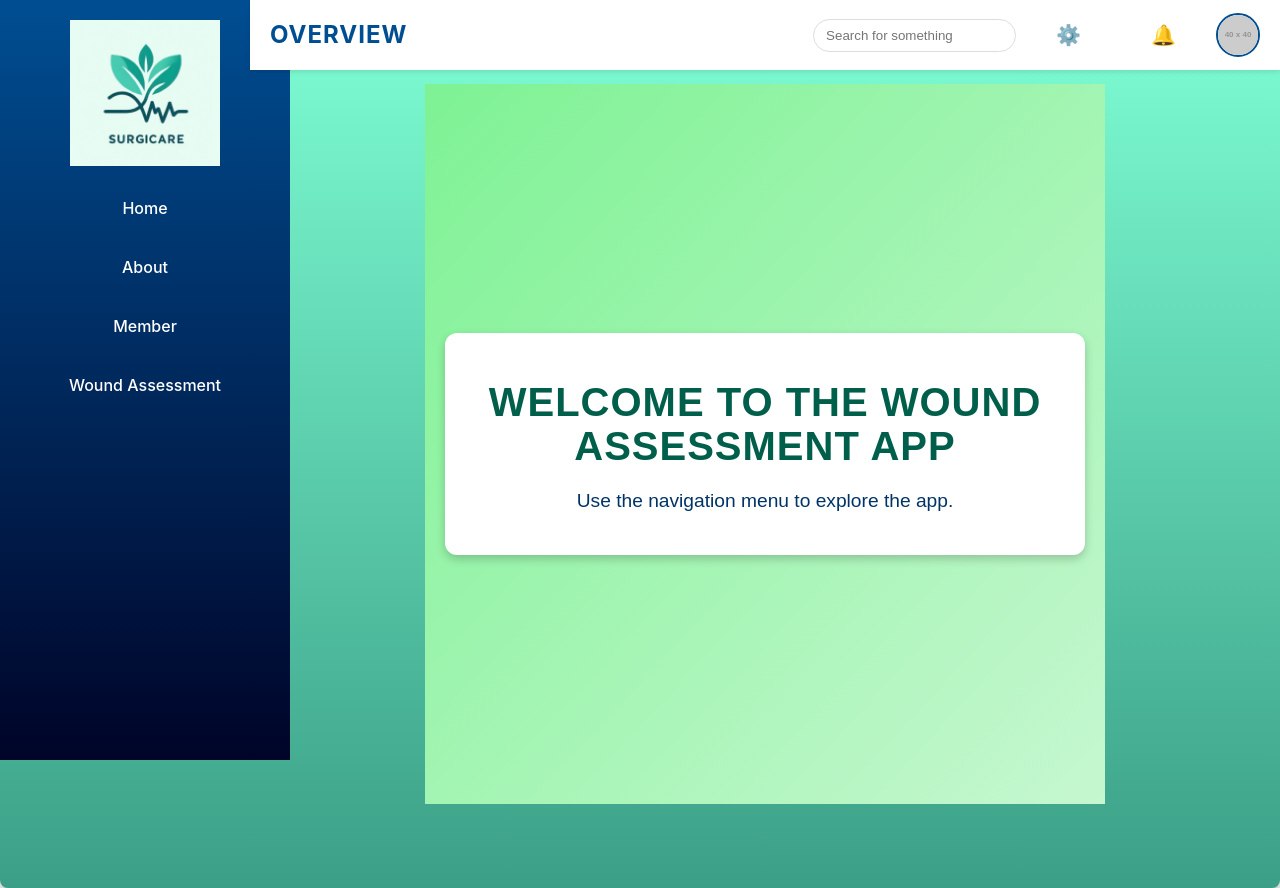
Repository: Jinwoo290350/Surgicare-Vue
Page: / (app in surgicare/)
These files come from the project's save history. The page is drawn as it stood at one moment and after the next save; the edit follows.
The browser window is 1280 px wide. The pictures show the whole page.
The project was rebuilt for these pictures with package versions that can differ from the ones it lists, and the page was loaded fresh each time. Also part of the build but not shown: surgicare/vite.config.js, surgicare/src/views/About.vue, surgicare/src/views/Member.vue, surgicare/src/components/WoundAssessment.vue.

Above is the page before, as saved 2024-12-30 15:13:44.
Console error: TypeError: Cannot read properties of null (reading 'getContext')

### surgicare/index.html
<!doctype html>
<html lang="en">
  <head>
    <meta charset="UTF-8" />
    <link rel="icon" type="image/svg+xml" href="/vite.svg" />
    <meta name="viewport" content="width=device-width, initial-scale=1.0" />
    <title>Vite + Vue</title>
  </head>
  <body>
    <div id="app"></div>
    <script type="module" src="/src/main.js"></script>
  </script>
  <link href="https://fonts.googleapis.com/css2?family=Roboto:wght@400;500;700&display=swap" rel="stylesheet">

  <script type="text/javascript" src="./src/star.js"></script>
  </body>
</html>

### surgicare/src/main.js
import { createApp } from 'vue'
import './style.css'
import App from './App.vue'
import router from "./router";

createApp(App).use(router).mount("#app");

### surgicare/src/style.css
:root {
  font-family: Inter, system-ui, Avenir, Helvetica, Arial, sans-serif;
  line-height: 1.5;
  font-weight: 400;
  color-scheme: light dark;
  color: rgba(255, 255, 255, 0.87);
  background-color: #242424;
  font-synthesis: none;
  text-rendering: optimizeLegibility;
  -webkit-font-smoothing: antialiased;
  -moz-osx-font-smoothing: grayscale;
}

a {
  font-weight: 500;
  text-decoration: none;
  transition: color 0.3s ease-in-out;
}
a:hover {
  color: #535bf2; /* Blue hover effect */
}

body {
  margin: 0;
  display: flex;
  flex-direction: column;
  align-items: center;
  justify-content: center;
  min-width: 320px;
  min-height: 100vh;
  padding: 20px;
  background-color: #1f2d29;
  background-image: linear-gradient(to top, #3b9f87, #7fffd4);
  background-repeat: no-repeat;
  border-radius: 8px;
  box-shadow: 0 6px 12px rgba(0, 0, 0, 0.3);
}

h1 {
  font-size: 3em;
  line-height: 1.1;
  color: #fff;
  text-transform: uppercase;
  letter-spacing: 1px;
  margin-bottom: 0.5em;
  transition: transform 0.3s ease-in-out;
}
h1:hover {
  transform: scale(1.05); /* Slight hover effect */
}

button {
  border-radius: 8px;
  border: 1px solid transparent;
  padding: 0.8em 1.5em;
  font-size: 1em;
  font-weight: 500;
  background-color: #333;
  color: #fff;
  cursor: pointer;
  transition: all 0.3s ease;
}
button:hover {
  border-color: #646cff;
  background-color: #444;
  transform: translateY(-2px); /* Lift on hover */
}
button:focus,
button:focus-visible {
  outline: 4px auto -webkit-focus-ring-color;
}

.card {
  padding: 2em;
  background-color: #2a2a2a;
  border-radius: 12px;
  box-shadow: 0 4px 10px rgba(0, 0, 0, 0.4);
  transition: transform 0.3s ease;
}
.card:hover {
  transform: translateY(-5px); /* Lift on hover */
}

#app {
  max-width: 1280px;
  margin: 0 auto;
  padding: 2rem;
  text-align: center;
}

/* Media Queries for Responsiveness */
@media (max-width: 768px) {
  body {
    padding: 15px;
  }

  h1 {
    font-size: 2.4em; /* Smaller title for mobile screens */
  }

  button {
    padding: 0.6em 1.2em;
    font-size: 1em;
  }

  .card {
    padding: 1.5em;
  }

  #app {
    padding: 1.5rem;
  }
}

@media (max-width: 480px) {
  h1 {
    font-size: 2em; /* Further reduce title size */
  }

  button {
    padding: 0.5em 1em;
    font-size: 0.9em;
  }

  .card {
    padding: 1em;
  }
}

/* Light Mode Styles */
@media (prefers-color-scheme: light) {
  :root {
    color: #213547;
    background-color: #ffffff;
  }
  a:hover {
    color: #747bff;
  }
  button {
    background-color: #f9f9f9;
    color: #333;
  }
  .card {
    background-color: #f5f5f5;
    box-shadow: 0 2px 6px rgba(0, 0, 0, 0.1);
  }
}

### surgicare/src/App.vue
<template>
  <div id="app" class="app-container">
    <aside class="sidebar">
      <img src="/Users/frank/Vscode/Vue/surgicare/public/Icon_surgicare.png" alt="Logo" class="logo" />
      <nav class="menu">
        <router-link to="/">Home</router-link>
        <router-link to="/about">About</router-link>
        <router-link to="/member">Member</router-link>
        <router-link to="/wound-assessment">Wound Assessment</router-link>
      </nav>
    </aside>

    <header class="header">
      <h1>Overview</h1>
      <div class="header-tools">
        <input type="text" placeholder="Search for something" class="search-box" />
        <button class="settings-btn">⚙️</button>
        <button class="notifications-btn">🔔</button>
        <img src="https://via.placeholder.com/40" alt="Profile" class="profile-pic" />
      </div>
    </header>

    <main class="content-area">
      <router-view class="router-view" />
    </main>
  </div>
</template>

<script>
export default {
  name: "DashboardPage",
};
</script>

<style scoped>
/* General Styles */
body {
  margin: 0;
  font-family: 'Poppins', Arial, sans-serif;
}

.sidebar {
  position: fixed;
  top: 0;
  left: 0;
  width: 250px;
  height: 100%;
  background: linear-gradient(to bottom, #004e92, #000428);
  color: white;
  padding: 20px;
  display: flex;
  flex-direction: column;
  align-items: center;
  z-index: 1000;
}

.logo {
  width: 100%;
  max-width: 150px;
  margin-bottom: 20px;
}

.menu a {
  text-decoration: none;
  color: white;
  font-size: 16px;
  margin-bottom: 15px;
  display: block;
  text-align: center;
  padding: 10px 15px;
  border-radius: 8px;
  transition: background 0.3s, transform 0.3s;
}

.menu a:hover {
  background: rgba(255, 255, 255, 0.2);
  transform: scale(1.05);
}

.header {
  position: fixed;
  top: 0;
  left: 250px; /* Offset for the sidebar */
  right: 0;
  height: 70px;
  background: white;
  display: flex;
  justify-content: space-between;
  align-items: center;
  padding: 0 20px;
  box-shadow: 0 2px 5px rgba(0, 0, 0, 0.1);
  z-index: 1000;
}

.header h1 {
  font-size: 24px;
  color: #004e92;
  margin: 0;
}

.header-tools {
  display: flex;
  align-items: center;
}

.search-box {
  padding: 8px 12px;
  border: 1px solid #ddd;
  border-radius: 25px;
  margin-right: 10px;
  outline: none;
  transition: box-shadow 0.3s;
}

.search-box:focus {
  box-shadow: 0 0 10px rgba(0, 78, 146, 0.5);
}

.settings-btn,
.notifications-btn {
  background: none;
  border: none;
  font-size: 20px;
  color: #555;
  margin-right: 10px;
  cursor: pointer;
}

.profile-pic {
  width: 40px;
  height: 40px;
  border-radius: 50%;
  border: 2px solid #004e92;
}

.content-area {
  margin-top: 0px; /* Offset for the fixed header */
  margin-left: 250px; /* Offset for the fixed sidebar */
  flex-grow: 1;
  display: flex;
  justify-content: center;
  align-items: center;
  overflow-y: auto;
}

.router-view {
  width: 100%;
  height: 300%;
  background: linear-gradient(to bottom right, #e6f7f9, #ffffff);
  display: flex;
  justify-content: center;
  align-items: center;
  position: relative;
}

.placeholder {
  width: 80%;
  height: 80%;
  background: rgba(255, 255, 255, 0.8);
  border-radius: 20px;
  box-shadow: 0 4px 20px rgba(0, 0, 0, 0.1);
  display: flex;
  justify-content: center;
  align-items: center;
  font-size: 28px;
  color: #004e92;
  font-weight: bold;
  text-align: center;
}
</style>

### surgicare/src/router/index.js
import { createRouter, createWebHistory } from "vue-router";

// Importing views and components
import Home from "../views/Home.vue";
import About from "../views/About.vue";
import Member from "../views/Member.vue";
import WoundAssessment from "../components/WoundAssessment.vue";

// Define the route configurations
const routes = [
  {
    path: "/",
    name: "Home",
    component: Home,
    meta: {
      title: "Home -  Surgicare",
    },
  },
  {
    path: "/about",
    name: "About",
    component: About,
    meta: {
      title: "About - Surgicare",
    },
  },
  {
    path: "/member",
    name: "Member",
    component: Member,
    meta: {
      title: "Member - Surgicare",
    },
  },
  {
    path: "/wound-assessment",
    name: "WoundAssessment",
    component: WoundAssessment,
    meta: {
      title: "Wound Assessment - Surgicare",
    },
  },
];

// Create the router instance
const router = createRouter({
  history: createWebHistory(),
  routes,
  scrollBehavior(to, from, savedPosition) {
    // Scroll to top on route change, unless saved position exists
    if (savedPosition) {
      return savedPosition;
    } else {
      return { top: 0 };
    }
  },
});

// Global navigation guard for dynamic document titles
router.beforeEach((to, from, next) => {
  document.title = to.meta.title || "Default App Title";
  next();
});

export default router;

### surgicare/src/views/Home.vue
<template>
  <div class="home">
    <div class="content">
      <h1 class="title">Welcome to the Wound Assessment App</h1>
      <p class="description">Use the navigation menu to explore the app.</p>
    </div>
  </div>
</template>

<script>
export default {
  name: "Home",
};
</script>

<style scoped>
.home {
  display: flex;
  justify-content: center;
  align-items: center;
  height: 100vh; /* Full height for viewport */
  background: linear-gradient(to bottom right, #7ef294, #c6f7d0); /* Subtle gradient */
  font-family: 'Arial', sans-serif;
  text-align: center;
  box-sizing: border-box;
  padding: 20px;
}

.content {
  max-width: 600px; /* Limit content width for better readability */
  padding: 20px;
  background: #ffffff;
  border-radius: 12px; /* Rounded corners */
  box-shadow: 0 4px 10px rgba(0, 0, 0, 0.2); /* Subtle shadow */
}

.title {
  font-size: 2.5rem;
  font-weight: bold;
  color: #005f4b;
  margin-bottom: 15px;
}

.description {
  font-size: 1.2rem;
  color: #003366;
  font-weight: 300;
}
</style>

### surgicare/src/star.js
const canvas = document.querySelector('canvas')
const c = canvas.getContext('2d')

canvas.width = innerWidth
canvas.height = innerHeight

window.addEventListener("resize", function() {
    canvas.width = window.innerWidth;
    canvas.height = window.innerHeight;
    init()
})
function Star(x, y, radius, color) {
    this.x = x
    this.y = y
    this.radius = radius
    this.color = color
    this.velocity = {
        x: (Math.random() - 0.5) * 8,
        y: 3
    }
    this.friction = 0.8
    this.gravity = 1
}

Star.prototype.draw = function() {
    c.save()
    c.beginPath()
    c.arc(this.x, this.y, this.radius, 0, Math.PI * 2, false)
    c.fillStyle = this.color
    c.shadowColor = '#E3EAEF'
    c.shadowBlur = 20
    c.fill()
    c.closePath()
    c.restore()
}

Star.prototype.update = function() {
    this.draw()

    //When ball hits bottom of screen
    if(this.y + this.radius + this.velocity.y > canvas.height - groundHeight){
        this.velocity.y = -this.velocity.y * this.friction
        this.shatter()
    }
    else{
        this.velocity.y += this.gravity
    }

    //Hits side of screen
    if(this.x + this.radius + this.velocity.x > canvas.width || this.x - this.radius <= 0){
        this.velocity.x = -this.velocity.x * this.friction
        this.shatter()
    }

    this.x += this.velocity.x
    this.y += this.velocity.y

}

Star.prototype.shatter = function(){
    this.radius -= 3
    for(let i = 0; i < 8; i++){
        miniStars.push(new MiniStar(this.x, this.y, 2))
    }

}

function MiniStar(x, y, radius, color){
    Star.call(this, x, y, radius, color)
    this.velocity = {
        x: (Math.random() - 0.5) * 10,
        y: (Math.random() - 0.5) * 30
    }
    this.friction = 0.8
    this.gravity = 0.1
    this.ttl = 100
    this.opacity = 1
}

MiniStar.prototype.draw = function() {
    c.save()
    c.beginPath()
    c.arc(this.x, this.y, this.radius, 0, Math.PI * 2, false)
    c.fillStyle = `rgba(227,234, 239, ${this.opacity})`
    c.shadowColor = '#E3EAEF'
    c.shadowBlur = 20
    c.fill()
    c.closePath()
    c.restore()
}

MiniStar.prototype.update = function() {
    this.draw()

    if(this.y + this.radius + this.velocity.y > canvas.height - groundHeight){
        this.velocity.y = -this.velocity.y * this.friction
    }
    else{
        this.velocity.y += this.gravity
    }

    this.x += this.velocity.x
    this.y += this.velocity.y
    this.ttl -= 1
    this.opacity -= 0.0001 * this.ttl
}

function creatMountainRange(mountainAmount, height, color){
    for(let i = 0; i < mountainAmount; i++){
        const mountainWidth = canvas.width / mountainAmount
        c.beginPath()
        c.moveTo(i * mountainWidth, canvas.height)
        c.lineTo(i * mountainWidth + mountainWidth + 0.2*canvas.height, canvas.height)
        c.lineTo(i * mountainWidth + mountainWidth / 2, canvas.height - height)
        c.lineTo(i * mountainWidth - 0.2*canvas.height, canvas.height)
        c.fillStyle = color
        c.fill()
        c.closePath()
    }
}

// Implementation
const backgroundGradient = c.createLinearGradient(0, 0, canvas.width, canvas.height)
backgroundGradient.addColorStop(0, '#171e26')
backgroundGradient.addColorStop(1, '#3f586b')

let stars
let miniStars
let backgroundStars
let ticker = 0
let randomSpawnRate = 75
const groundHeight = 0.09 * canvas.height
let inf = 1e9
function init() {
    stars = []
    miniStars = []
    backgroundStars = []

    for(let i = 0; i < 200; i++){
        const x = Math.random() * canvas.width
        const y = Math.random() * canvas.height
        const radius = Math.random() * 3
        backgroundStars.push(new Star(x, y, radius, 'white'))
    }
}

// Animation Loop
function animate() {
    c.clearRect(0, 0, 0, canvas.height)
    c.fillStyle = backgroundGradient
    c.fillRect(0, 0, canvas.width, canvas.height)

    backgroundStars.forEach(backgroundStar => {
        backgroundStar.draw()
    })

    if(flag) creatMountainRange(1, canvas.height * 0.7, '#384551')
    if(flag) creatMountainRange(2, canvas.height * 0.6, '#2B3843')
    if(flag) creatMountainRange(3, canvas.height * 0.4, '#26333E')
    c.fillStyle = '#182028'
    c.fillRect(0, canvas.height - groundHeight, canvas.width, groundHeight)
    stars.forEach((star, index) => {
        star.update();
        if(star.radius == 0){
            stars.splice(index, 1)
        }
    });

    miniStars.forEach((miniStar, index) => {
        miniStar.update();
        if(miniStar.ttl == 0){
            miniStars.splice(index, 1)
        }
    });

    ticker++
    if(ticker >= inf){
        ticker = 0
    }
    if(ticker % randomSpawnRate == 0){
        const radius = 9
        const x = Math.max(radius, Math.random() * canvas.width - radius)
        stars.push(new Star(x, -100, 9, '#E3EAEF'))
        randomSpawnRate = Math.floor(Math.random() * (200 - 125 + 1) + 125)
    }

    requestAnimationFrame(animate)
}

init()
animate()

After the next save:
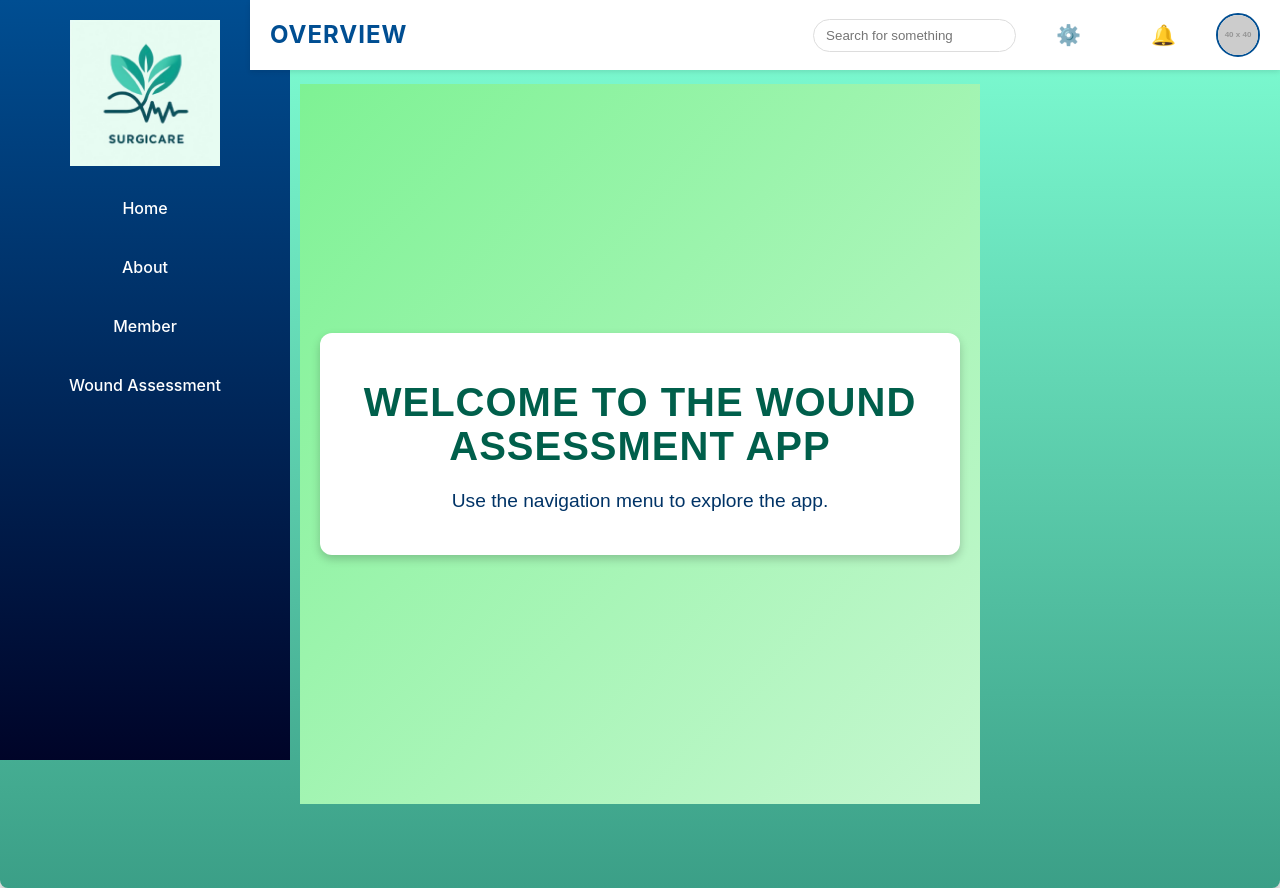
Saved 11 s later.
--- a/surgicare/src/App.vue
+++ b/surgicare/src/App.vue
@@ -135,7 +135,7 @@ body {
 
 .content-area {
   margin-top: 0px; /* Offset for the fixed header */
-  margin-left: 250px; /* Offset for the fixed sidebar */
+  margin-left: 0px; /* Offset for the fixed sidebar */
   flex-grow: 1;
   display: flex;
   justify-content: center;
